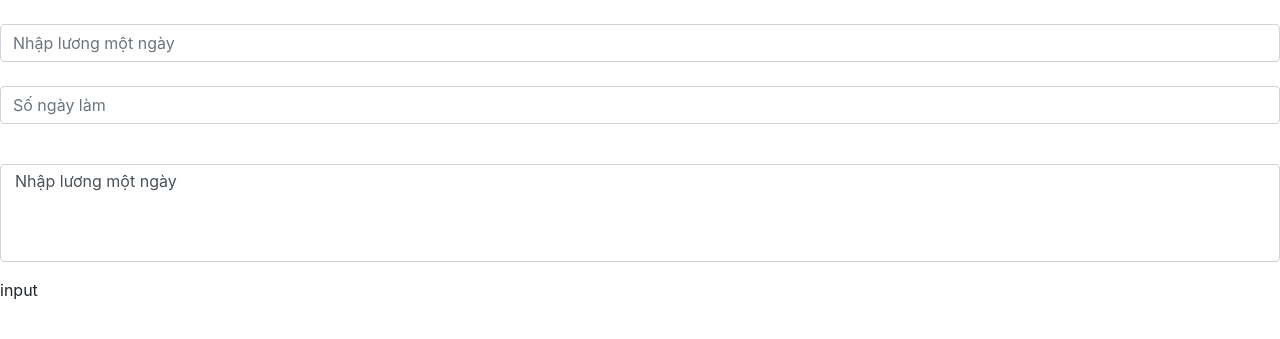
Repository: thanhfrankie/BC10-LeMinhThanh-Js-b2-3
Page: index.html
The author's editor kept a copy of each file at every save. The page is drawn from the files as they stood at one save, then again after a run of saves.
The browser window is 1280 px wide. The pictures show the whole page.

Above is the page before, as saved 2023-12-15 10:11:52.

After the next 2 saves:
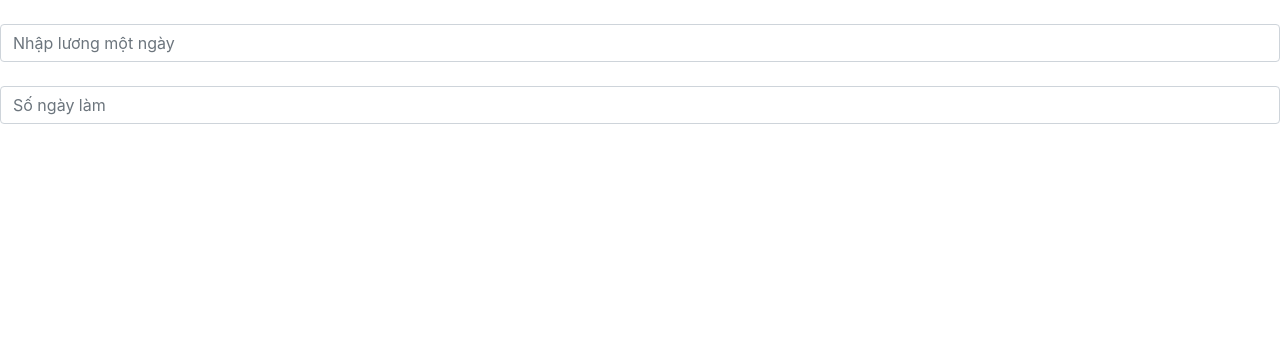
The 2 saves are shown as one change because they came seconds apart.
The last was saved 27 s later.
--- a/index.html
+++ b/index.html
@@ -19,15 +19,7 @@
           class="form-control" name="" id="" aria-describedby="helpId" placeholder="Số ngày làm">
       </div>
 
-<div class="form-group">
-  <label for=""></label>
-  <select multiple class="form-control" name="" id="" >
-    <option>Nhập lương một ngày</option>
-    <option></option>
-    <option></option>
-  </select>
-</div>
-input
+
 
     <!-- Optional JavaScript -->
     <!-- jQuery first, then Popper.js, then Bootstrap JS -->
